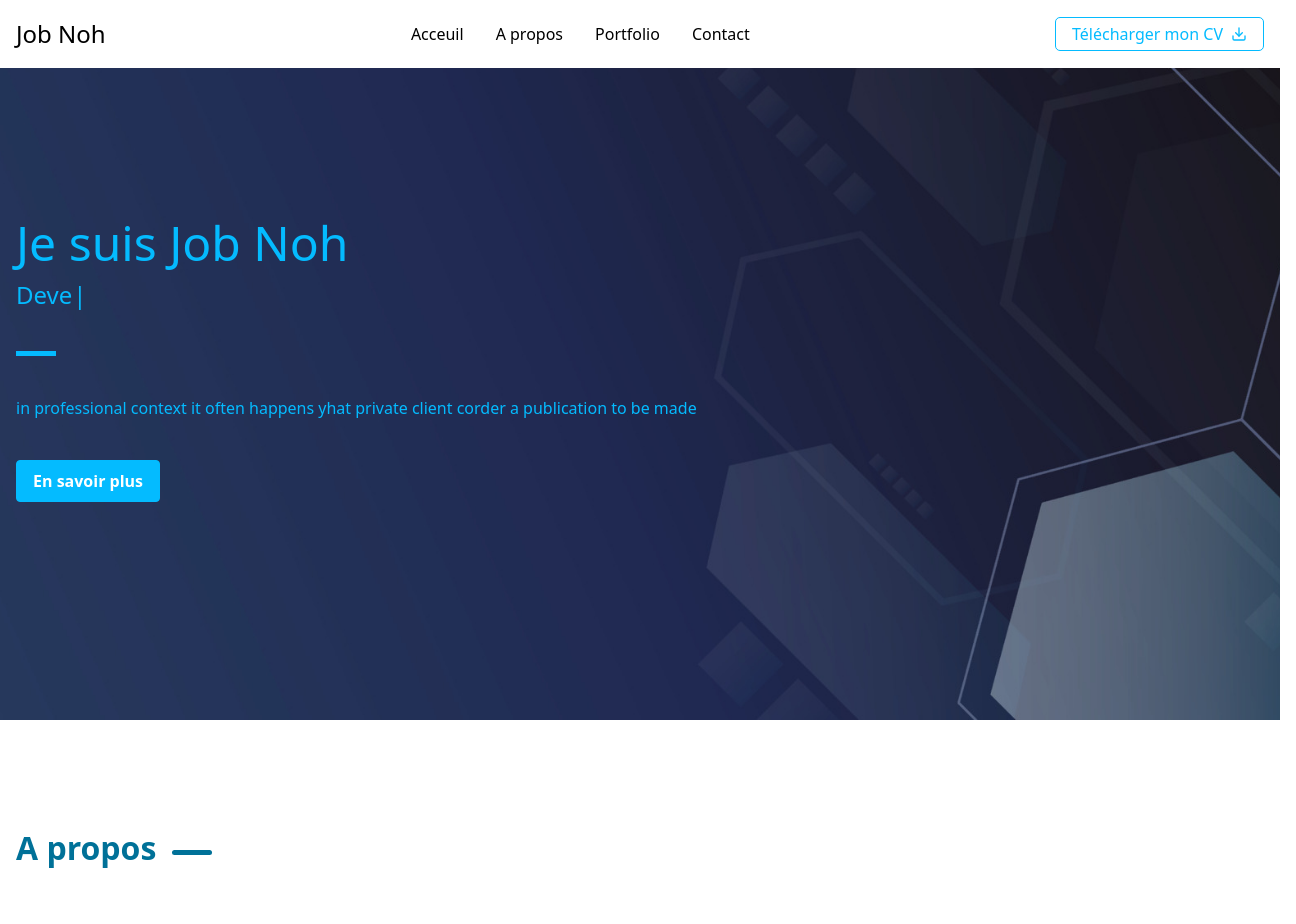
Repository: anoy1010/Nextportfolio
Page: /
An editor plug-in stored every save of this project. The page is shown before and after the next save, followed by the edit.
The browser window is 1280 px wide. The page is 1296 px wide, so the pictures cover 1296 px, including what lies to the right of the window. The pictures show the part of the page from y = 0 to 924 px (the page is 4082 px tall).
Backgrounds fixed to the window are drawn as part of the page. The project was rebuilt for these pictures with package versions that can differ from the ones it lists, and the page was loaded fresh each time. The framework's server and built-in components were replaced by stand-ins that run in the browser. Also part of the build but not shown: next.config.js, styles/Home.module.css.

Above is the page before, as saved 2023-03-07 15:45:38.

After the next save:
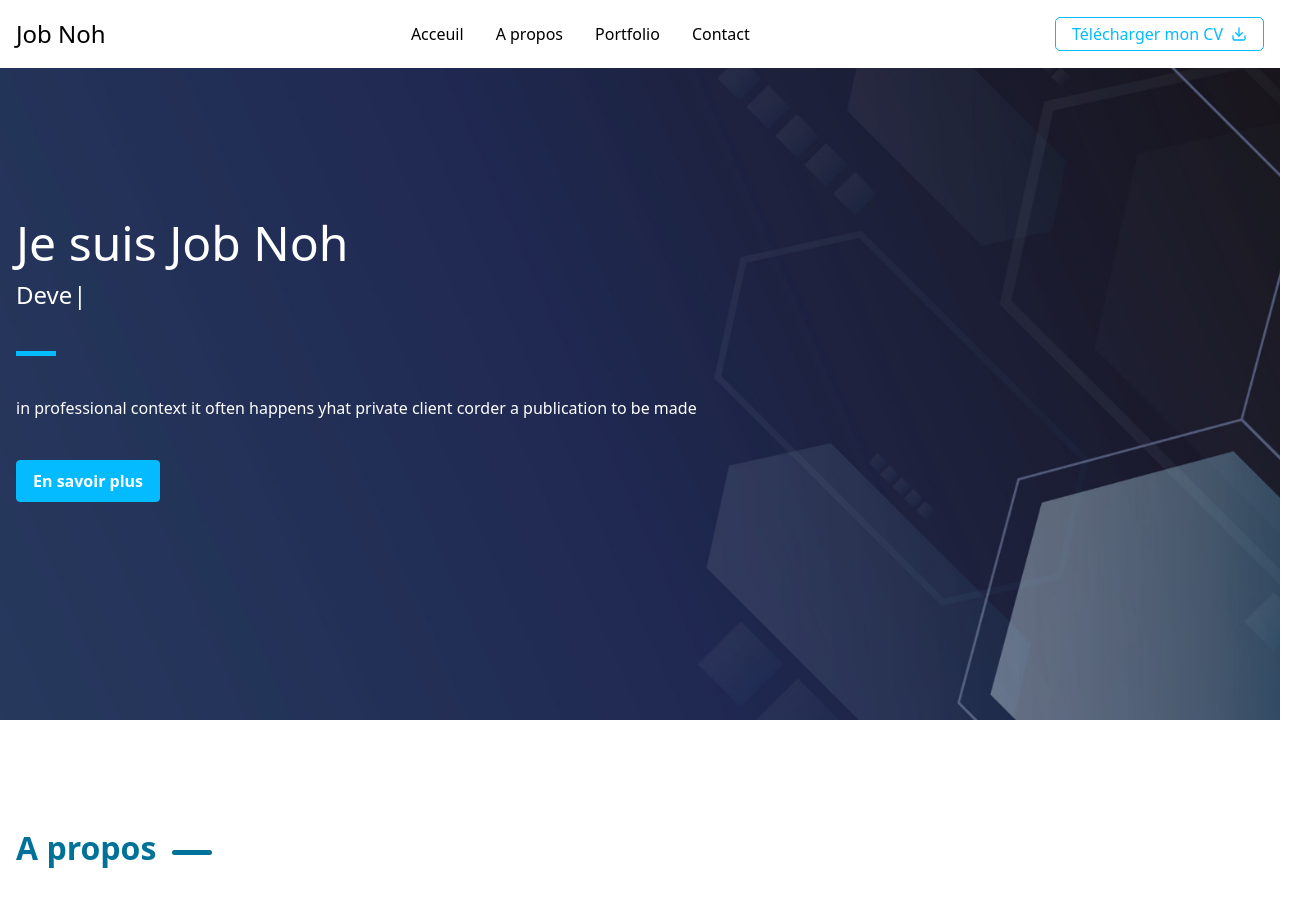
Saved 13 s later.
--- a/components/Hero.js
+++ b/components/Hero.js
@@ -7,7 +7,7 @@ const Hero = () => {
   return (
     <div className='bg-[url("/bg3.jpg")] h-screen bg-cover bg-center bg-fixed flex items-center'>
         <div className='container mx-auto px-4'>
-            <div className='max-x-[450px] text-[#04bbff] flex flex-col gap-[40px]'>
+            <div className='max-x-[450px] text-white flex flex-col gap-[40px]'>
                 <div>
                     <h1 className='text-5xl'>
                         Je suis Job Noh
